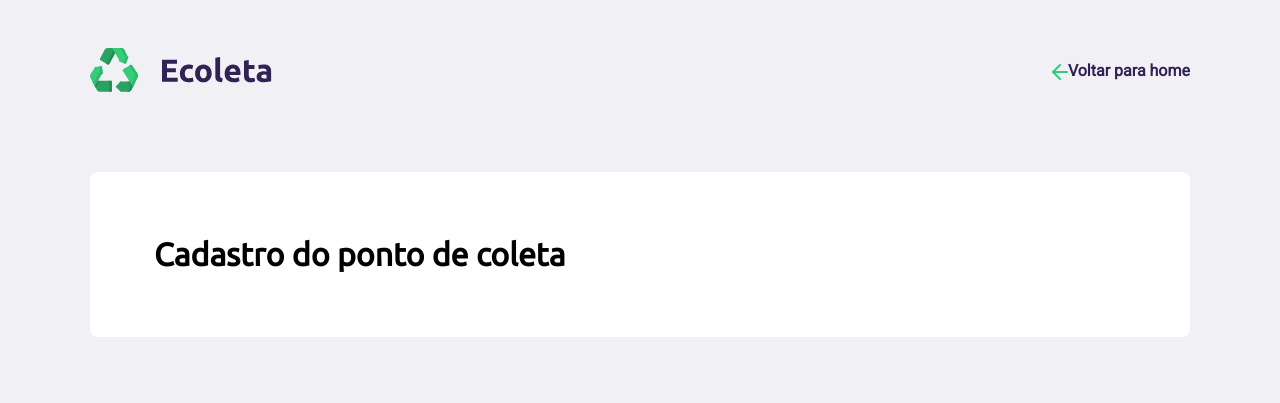
Repository: ivobass/NextLevelWeek
Page: create-point.html
These files come from the project's save history. The page is drawn as it stood at one moment and after the next save; the edit follows.
The browser window is 1280 px wide. The pictures show the whole page.

Above is the page before, as saved 2020-06-02 23:13:09.

After the next save:
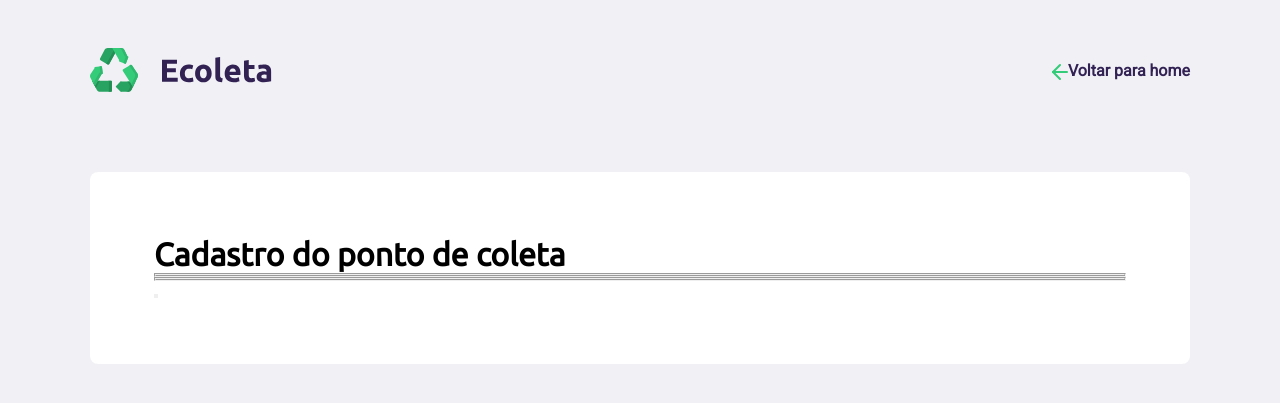
Saved 2 min 17 s later.
--- a/create-point.html
+++ b/create-point.html
@@ -28,6 +28,18 @@
         </header>
         <form action="">
             <h1>Cadastro do ponto de coleta</h1>
+
+            <fieldset>
+
+            </fieldset>
+
+            <fieldset>
+
+
+            </fieldset>
+
+            <button type="submit"></button>
+
         </form>
 
 
